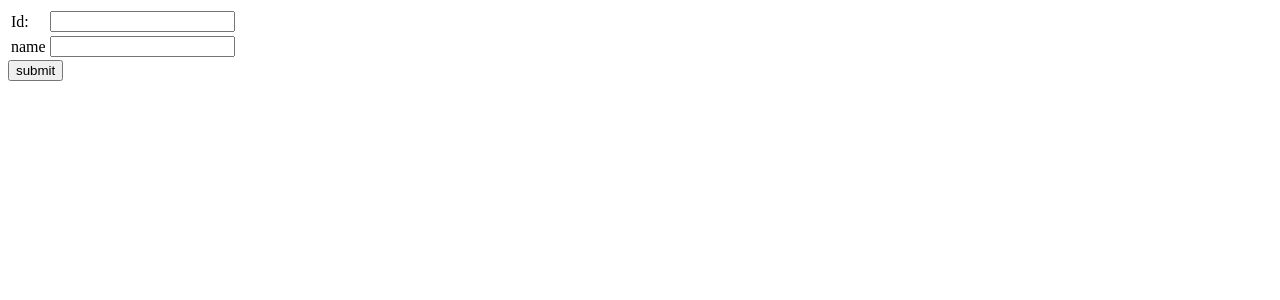
Repository: sandypatidar/my-all-java-code
Page: http://localhost/JdbcFirst/index0.jsp
These files come from the project's save history. The page is drawn as it stood at one moment and after the next save; the edit follows.
The browser window is 1280 px wide. The pictures show the whole page.
The page is served by Tomcat 9.

Above is the page before, as saved 2019-05-31 09:32:12.

After the next save:
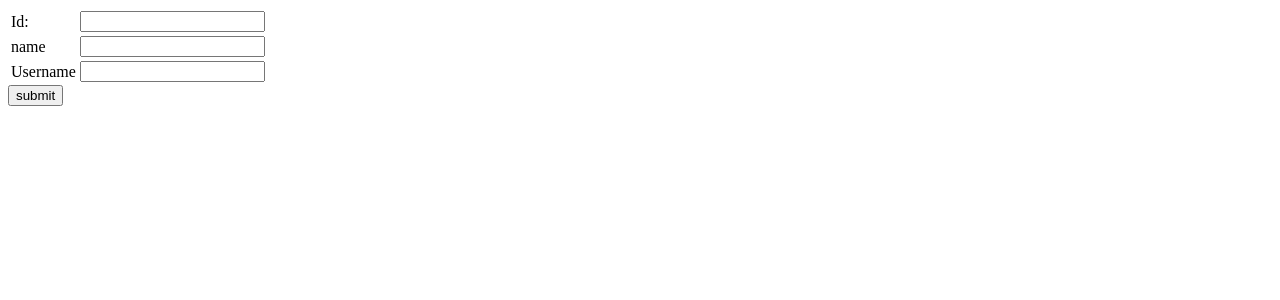
Saved 3 s later.
--- a/eclipse-workspace/eclipse-workspace/JdbcFirst/WebContent/index0.jsp
+++ b/eclipse-workspace/eclipse-workspace/JdbcFirst/WebContent/index0.jsp
@@ -16,6 +16,10 @@
 				<td>name</td>
 				<td><input type="text"  name = "name"></td>
 			</tr>
+			<tr>
+				<td>Username</td>
+				<td><input type="text"  name = "uname"></td>
+			</tr>
 		</tbody>
 	</table>
 	<input type="submit" value="submit"><br>
